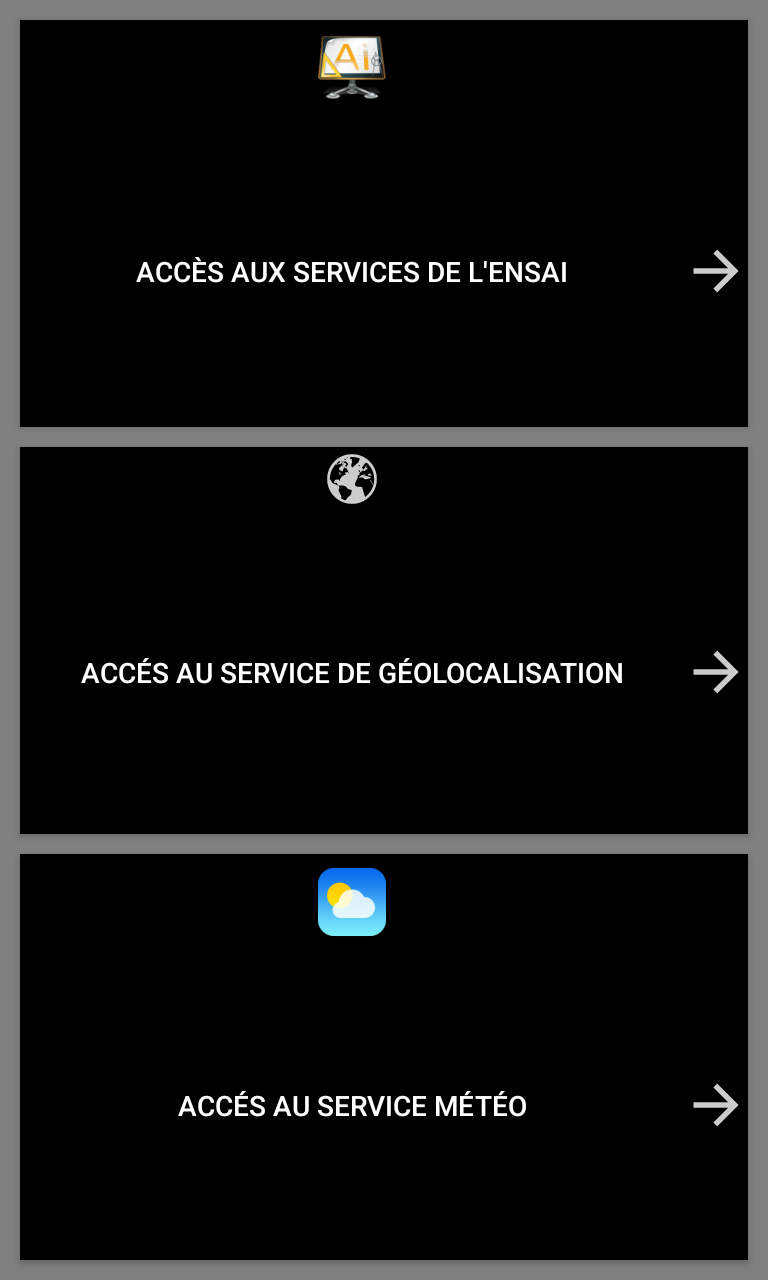
Repository: cpluuuusplus/WhoWantsKitKat
Layout: AppliPlus/res/layout/activity_menu_principal.xml
An editor plug-in stored every save of this project. The layout is shown before and after the next save, followed by the edit.
It is drawn on a 768 x 1280 px phone screen (xhdpi) without system bars, with theme Theme.AppCompat.Light; the app's code is not run.

Above is the layout before, as saved 2014-05-12 15:37:39.

After the next save:
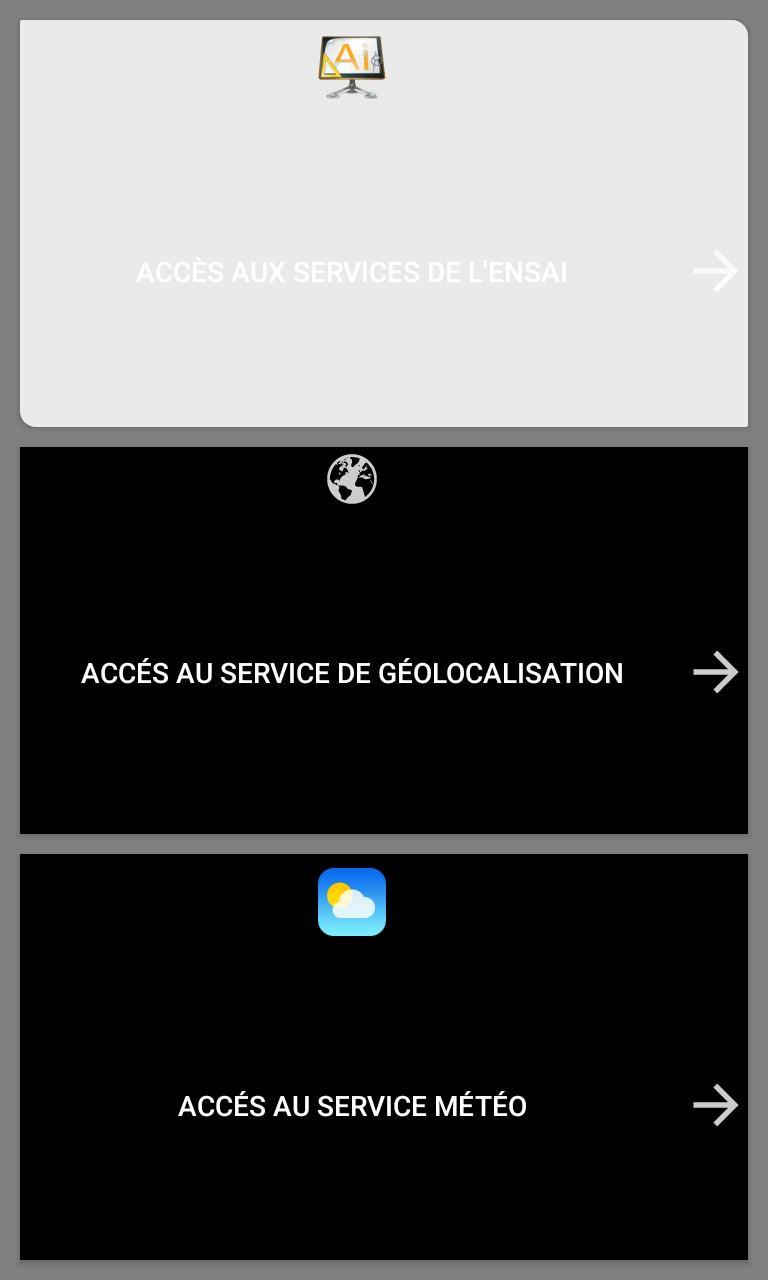
Saved 17 s later.
--- a/AppliPlus/res/layout/activity_menu_principal.xml
+++ b/AppliPlus/res/layout/activity_menu_principal.xml
@@ -13,7 +13,7 @@
         android:layout_marginRight="10dp"
         android:layout_marginTop="10dp"
         android:layout_weight="1"
-        android:background="@color/black_color"
+        android:background="@drawable/button_shape"
         android:drawableRight="@drawable/ic_action_forward"
         android:drawableTop="@drawable/shcool"
         android:onClick="pamplemousse"
